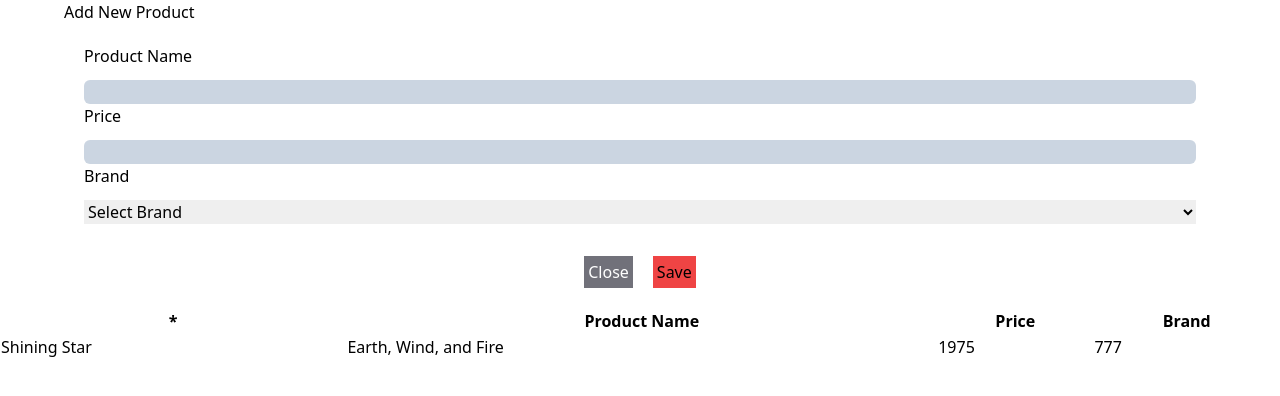
Repository: Semanmernstack/next-13-prisma-crud
Page: /product
An editor plug-in stored every save of this project. The page is shown before and after the next save, followed by the edit.
The browser window is 1280 px wide. The pictures show the whole page.
The project was rebuilt for these pictures with package versions that can differ from the ones it lists, and the page was loaded fresh each time. The framework's server and built-in components were replaced by stand-ins that run in the browser. Also part of the build but not shown: next.config.js.

Above is the page before, as saved 2023-06-01 01:27:17.

### app/layout.tsx
import './globals.css'
import { Inter } from 'next/font/google'



export const metadata = {
  title: 'Create Next App',
  description: 'Generated by create next app',
}

export default function RootLayout({
  children,
}: {
  children: React.ReactNode
}) {
  return (
    <html lang="en">
      <body className="">{children}</body>
    </html>
  )
}

### app/product/page.tsx
import React from 'react'
import AddPrisma from '../components/AddPrisma'

function page() {
  return (
    <div>
        <AddPrisma/>
        <table className="table w-full items-center">
        <thead>
          <tr className="items-center">
            <th>*</th>
            <th>Product Name</th>
            <th>Price</th>
            <th>Brand</th>
          </tr>
        </thead>
        <tbody>

          <tr>
            <td>Shining Star</td>
            <td>Earth, Wind, and Fire</td>
            <td>1975</td>
            <td>777</td>
          </tr>
        </tbody>
      </table>



    </div>
  )
}

export default page

### app/components/AddPrisma.tsx
"use client"
import React, { useState } from 'react'

function AddPrisma() {
    const [product, setProduct] = useState("");
    const [price, setPrice] = useState("")
    const [brand, setBrand] = useState("")
    const [open, setOpen] = useState(false)


  return (
    <div className=' mx-auto max-w-6xl'>
        <button onClick={() => setOpen(true)}>Add New Product</button>
        <form className=" flex flex-col    decoration-slate-400 p-5 z-50" >
            <div className='flex flex-col space-y-3 w-full'>
                <label>Product Name</label>
                <input className='w-full bg-slate-300 rounded-md outline-none' type="text" value={product} onChange={(e) => setProduct(e.target.value)} />
            </div>
            <div className='flex flex-col space-y-3 w-full'>
                <label >Price</label>
                <input className='w-ful bg-slate-300 rounded-md outline-none' type="text" value={price} onChange={(e) => setPrice(e.target.value)} />
            </div>
            <div className='flex flex-col  space-y-3 w-full'  >
                <label>Brand</label>
                <select className="outline-none hover:bg-blue-100" value={brand} onChange={(e) => setBrand(e.target.value)} >
                    <option className='outline-none hover:bg-blue-400' value="" disabled> Select Brand </option>
                    <option className='hover:bg-blue-900' value="">Brand 2</option>
                </select>
            </div>
            <div className='flex space-x-5 items-center justify-center mt-8'>
                <button type="button" className='bg-zinc-500 p-1 text-white' onClick={() => setOpen(false)} >Close</button>
                <button type="submit" className="bg-red-500 p-1"  >Save</button>
            </div>



        </form>
    </div>

  )
}

export default AddPrisma

Loaded but not shown: app/globals.css (common file); tailwind.config.js (common file)

After the next save:
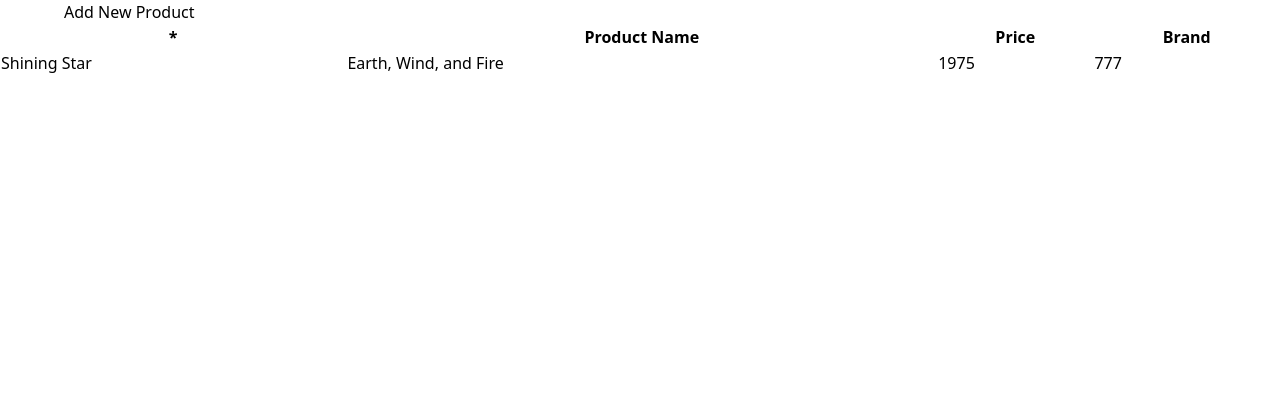
Saved 4 min 1 s later.
--- a/app/components/AddPrisma.tsx
+++ b/app/components/AddPrisma.tsx
@@ -11,7 +11,9 @@
   return (
     <div className=' mx-auto max-w-6xl'>
         <button onClick={() => setOpen(true)}>Add New Product</button>
-        <form className=" flex flex-col    decoration-slate-400 p-5 z-50" >
+        {open ? (
+            <div>
+                <form className=" flex flex-col    decoration-slate-400 p-5 z-50" >
             <div className='flex flex-col space-y-3 w-full'>
                 <label>Product Name</label>
                 <input className='w-full bg-slate-300 rounded-md outline-none' type="text" value={product} onChange={(e) => setProduct(e.target.value)} />
@@ -35,6 +37,10 @@
 
 
         </form>
+
+            </div>
+        ): (null)}
+
     </div>
 
   )
